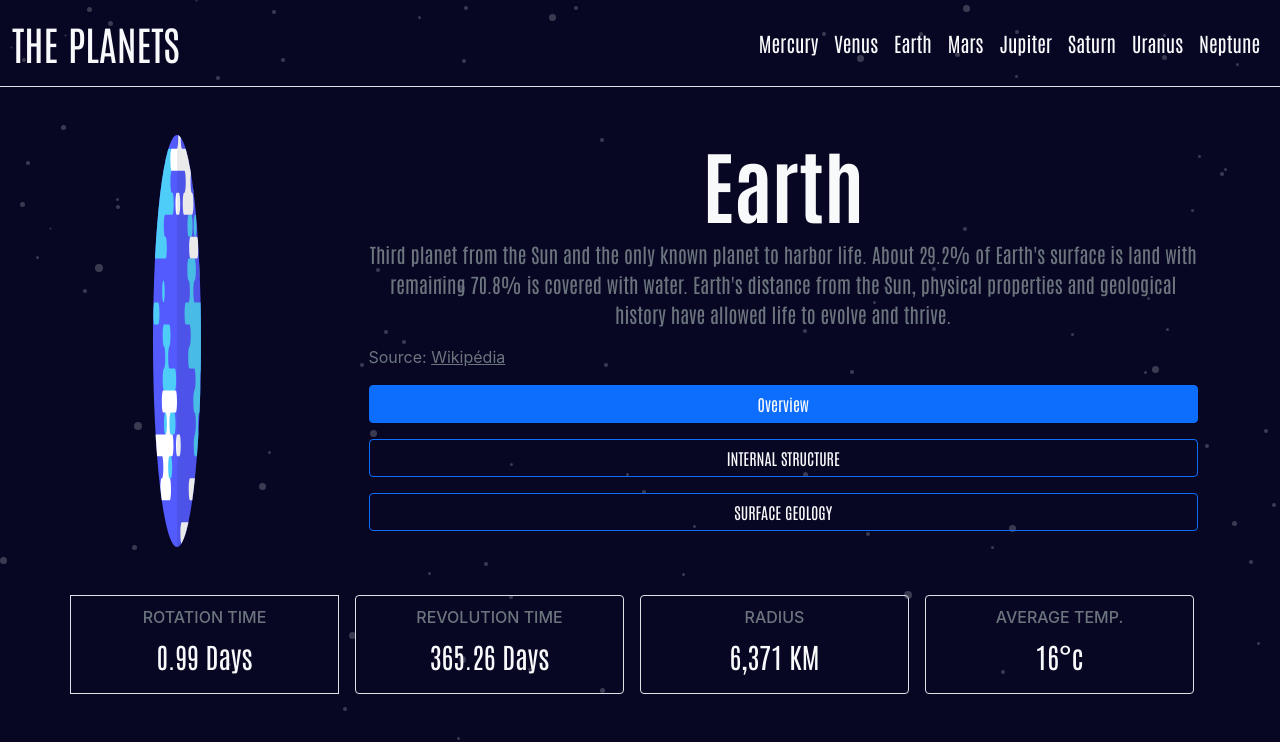
Repository: andre06x/the-planets
Page: /
An editor plug-in stored every save of this project. The page is shown before and after the next save, followed by the edit.
The browser window is 1280 px wide. The pictures show the whole page.
The project was rebuilt for these pictures with package versions that can differ from the ones it lists, and the page was loaded fresh each time.

Above is the page before, as saved 2021-10-19 17:36:20.

### public/index.html
<!DOCTYPE html>
<html lang="en">

<head>
  <meta charset="utf-8" />
  <link rel="icon" href="%PUBLIC_URL%/favicon.ico" />
  <meta name="viewport" content="width=device-width, initial-scale=1" />
  <meta name="theme-color" content="#000000" />
  <link rel="preconnect" href="https://fonts.googleapis.com">
  <link rel="preconnect" href="https://fonts.gstatic.com" crossorigin>
  <link href="https://fonts.googleapis.com/css2?family=Antonio:wght@400;500;600;700&display=swap" rel="stylesheet">
  <meta name="description" content="Web site created using create-react-app" />
  <link rel="apple-touch-icon" href="%PUBLIC_URL%/logo192.png" />
  <link rel="manifest" href="%PUBLIC_URL%/manifest.json" />
  <link rel="stylesheet" href="%PUBLIC_URL%/bootstrap-5.1.3-dist/css/bootstrap.min.css">
  <title>React App</title>
</head>

<body>
  <noscript>You need to enable JavaScript to run this app.</noscript>
  <div id="root"></div>
  <script src="./bootstrap-5.1.3-dist/js/bootstrap.min.js"></script>
</body>

</html>

### src/index.js
import React from 'react';
import ReactDOM from 'react-dom';
import App from './App';
import reportWebVitals from './reportWebVitals';
import Global from './styles/global';

ReactDOM.render(
  <React.StrictMode>
    <Global />
    <App />
  </React.StrictMode>,
  document.getElementById('root')
);

// If you want to start measuring performance in your app, pass a function
// to log results (for example: reportWebVitals(console.log))
// or send to an analytics endpoint. Learn more: https://bit.ly/CRA-vitals
reportWebVitals();

### src/App.js
// import './App.css';
import Header from './components/Header';
import Container from './components/Container';

function App() {
  console.log(window.innerWidth);
  return (
    <div className="App">
      <Header />
      <Container />
    </div>
  );
}

export default App;

### src/styles/global.js
import { createGlobalStyle } from 'styled-components';
import img from '../background-stars.svg';

export default createGlobalStyle`
  body {
    background-image: url(${img});
    background-color: #070724;
    background-repeat: repeat;
  margin: 0;
  font-family: -apple-system, BlinkMacSystemFont, 'Segoe UI', 'Roboto', 'Oxygen',
    'Ubuntu', 'Cantarell', 'Fira Sans', 'Droid Sans', 'Helvetica Neue',
    sans-serif;
  -webkit-font-smoothing: antialiased;
  -moz-osx-font-smoothing: grayscale;
}

code {
  font-family: source-code-pro, Menlo, Monaco, Consolas, 'Courier New',
    monospace;
}
`;

### src/components/Header.js
import React, { useEffect } from 'react';
import data from '../data.json';
import { usePlanet } from '../zustand';

const Header = () => {
  const planetSetar = usePlanet(state => state.nomePlanet);
  const planet = usePlanet(state => state.planet);

  useEffect(() => {
    console.log(planet)
  }, [planet])

  return (
    <nav class="navbar navbar-expand-lg navbar-dark bg-transparent border-bottom border-muted ">
      <div class="container-fluid d-flex justify-content-between">
        <a class="navbar-brand fs-1 text-light font-antonio" href="#a">THE PLANETS</a>
        <button class="navbar-toggler text-light" type="button" data-bs-toggle="collapse" data-bs-target="#navbarSupportedContent" aria-controls="navbarSupportedContent" aria-expanded="false" aria-label="Toggle navigation">
          <span class="navbar-toggler-icon text-light"></span>
        </button>
        <div class="collapse navbar-collapse justify-content-end" id="navbarSupportedContent">
          <div>
            <ul class="navbar-nav me-auto mb-2 mb-lg-0">
              {
                data.map(d => (
                  <li class="nav-item">
                    <a
                      class="nav-link active text-light fs-5 font-antonio"
                      aria-current="page"
                      href={window.innerWidth < 750 ? '#text' : '#a'}
                      onClick={() => planetSetar(d.name)}
                    >
                      {d.name}
                    </a>
                  </li>
                ))
              }
            </ul>
          </div>
        </div>
      </div>
    </nav>
  )
}



export default Header

### src/components/Container.js
import React, { useEffect, useState } from 'react';
// import earth from '../assets/planet-earth.svg';
import data from '../data.json';
import { usePlanet } from '../zustand';

const Container = () => {
  const [selectBox, setSelectBox] = useState(1);
  const planet = usePlanet(state => state.planet);
  // const [planet, setPlanet] = useState('Earth');
  const [text, setText] = useState(data.filter(d => d.name === planet)[0].overview);
  const [imagee, setImagee] = useState('assets/planet-earth.svg');
  const [imageGeology, setImageGeology] = useState('');
  const [dataPlanet, setDataPlanet] = useState(['']);



  const op = [
    { id: 1, titulo: 'Overview' },
    { id: 2, titulo: 'INTERNAL STRUCTURE' },
    { id: 3, titulo: 'SURFACE GEOLOGY' },
  ]

  function buttonChange(o) {
    setSelectBox(o.id);

    if (o.id === 1) {
      setText(data.filter(d => d.name === planet)[0].overview);
      setImagee(data.filter(d => d.name === planet)[0].images.planet);
      setImageGeology('');
    }

    if (o.id === 2) {
      setText(data.filter(d => d.name === planet)[0].structure);
      setImagee(data.filter(d => d.name === planet)[0].images.internal);
      setImageGeology('');

    }

    if (o.id === 3) {
      setText(data.filter(d => d.name === planet)[0].geology);
      setImagee(data.filter(d => d.name === planet)[0].images.planet);
      setImageGeology(data.filter(d => d.name === planet)[0].images.geology);
    }

  }

  useEffect(() => {
    setDataPlanet(data.filter(d => d.name === planet)[0]);
    setImagee(data.filter(d => d.name === planet)[0].images.planet);
    setText(data.filter(d => d.name === planet)[0].overview);
    setSelectBox(1);
    setImageGeology('');


  }, [planet]);
  return (
    <div className="container mt-md-5">
      <div className="d-flex flex-column">
        <div className="d-flex flex-md-row flex-column-reverse justify-content-between">
          <div className="me-md-5 d-flex justify-content-center position-relative">
            <img src={imagee} className="w-25" alt="" />
            <img src={imageGeology} alt="" className="position-absolute w-25 top-50 start-50 translate-middle"/>
          </div>
          <div className="ms-md-5 d-flex flex-md-column flex-column-reverse">
            <h1 className="display-1 text-light font-antonio fw-bold text-center">
              {planet}
            </h1>
            <p className="lead text-muted font-antonio text-center" id="text">
              {text.content}
            </p>
            <span className="text-secondary">
              Source: <a href="#a" className="text-secondary"> Wikipédia</a>
            </span>

            <div className="d-flex flex-md-column mt-md-3 font-antonio fw-bold">
              {op.map(o => (
                <button
                  className={`btn text-light btn-outline-primary mb-3 col-4 col-md-12 ${selectBox === o.id ? ' btn-primary' : ''}`}
                  onClick={() => buttonChange(o)}
                >
                  {o.titulo}
                </button>
              ))}
            </div>
          </div>
        </div>
      </div>
      <div className="row mt-5 mb-5 flex-md-row flex-column">
        <div class="col me-3 bg-transparent border">
          <div class="card-body d-flex flex-md-column justify-content-between align-items-center">
            <h6 class="card-subtitle mb-md-2 text-muted">
              ROTATION TIME
            </h6>
            <p class="card-text text-light font-antonio fs-md-1 fs-3">
              {dataPlanet.rotation}
            </p>
          </div>
        </div>
        <div class="card col me-3 bg-transparent border">
          <div class="card-body d-flex flex-md-column justify-content-between align-items-center">
            <h6 class="card-subtitle mb-md-2 text-muted">
              REVOLUTION TIME
            </h6>
            <p class="card-text text-light font-antonio fs-md-1 fs-3">
              {dataPlanet.revolution}
            </p>
          </div>
        </div>
        <div class="card col me-3 bg-transparent border">
          <div class="card-body d-flex flex-md-column justify-content-between align-items-center">
            <h6 class="card-subtitle mb-md-2 text-muted">
              RADIUS
            </h6>
            <p class="card-text text-light font-antonio fs-md-1 fs-3">
              {dataPlanet.radius}
            </p>
          </div>
        </div>
        <div class="card col me-3 bg-transparent border">
          <div class="card-body d-flex flex-md-column justify-content-between align-items-center">
            <h6 class="card-subtitle mb-md-2 text-muted">
              AVERAGE TEMP.
            </h6>
            <p class="card-text text-light font-antonio fs-md-1 fs-3">
              {dataPlanet.temperature}
            </p>
          </div>
        </div>
      </div>
    </div>
  )
}

export default Container;

### src/data.json
[
  {
    "name": "Mercury",
    "overview": {
      "content": "Mercury is the smallest planet in the Solar System and the closest to the Sun. Its orbit around the Sun takes 87.97 Earth days, the shortest of all the Sun's planets. Mercury is one of four terrestrial planets in the Solar System, and is a rocky body like Earth.",
      "source": "https://en.wikipedia.org/wiki/Mercury_(planet)"
    },
    "structure": {
      "content": "Mercury appears to have a solid silicate crust and mantle overlying a solid, iron sulfide outer core layer, a deeper liquid core layer, and a solid inner core. The planet's density is the second highest in the Solar System at 5.427 g/cm3 , only slightly less than Earth's density.",
      "source": "https://en.wikipedia.org/wiki/Mercury_(planet)#Internal_structure"
    },
    "geology": {
      "content": "Mercury's surface is similar in appearance to that of the Moon, showing extensive mare-like plains and heavy cratering, indicating that it has been geologically inactive for billions of years. It is more heterogeneous than either Mars's or the Moon’s.",
      "source": "https://en.wikipedia.org/wiki/Mercury_(planet)#Surface_geology"
    },
    "rotation": "58.6 Days",
    "revolution": "87.97 Days",
    "radius": "2,439.7 KM",
    "temperature": "430°c",
    "images": {
      "planet": "assets/planet-mercury.svg",
      "internal": "assets/planet-mercury-internal.svg",
      "geology": "assets/geology-mercury.png"
    }
  },
  {
    "name": "Venus",
    "overview": {
      "content": "Venus is the second planet from the Sun. It is named after the Roman goddess of love and beauty. As the brightest natural object in Earth's night sky after the Moon, Venus can cast shadows and can be, on rare occasions, visible to the naked eye in broad daylight.",
      "source": "https://en.wikipedia.org/wiki/Venus"
    },
    "structure": {
      "content": "The similarity in size and density between Venus and Earth suggests they share a similar internal structure: a core, mantle, and crust. Like that of Earth, Venusian core is most likely at least partially liquid because the two planets have been cooling at about the same rate.",
      "source": "https://en.wikipedia.org/wiki/Venus#Internal_structure"
    },
    "geology": {
      "content": "Much of the Venusian surface appears to have been shaped by volcanic activity. Venus has several times as many volcanoes as Earth, and it has 167 large volcanoes that are over 100 km (60 mi) across. The only volcanic complex of this size on Earth is the Big Island of Hawaii.",
      "source": "https://en.wikipedia.org/wiki/Venus#Surface_geology"
    },
    "rotation": "243 Days",
    "revolution": "224.7 Days",
    "radius": "6,051.8 KM",
    "temperature": "471°c",
    "images": {
      "planet": "assets/planet-venus.svg",
      "internal": "assets/planet-venus-internal.svg",
      "geology": "assets/geology-venus.png"
    }
  },
  {
    "name": "Earth",
    "overview": {
      "content": "Third planet from the Sun and the only known planet to harbor life. About 29.2% of Earth's surface is land with remaining 70.8% is covered with water. Earth's distance from the Sun, physical properties and geological history have allowed life to evolve and thrive.",
      "source": "https://en.wikipedia.org/wiki/Earth"
    },
    "structure": {
      "content": "Earth's interior, like that of the other terrestrial planets, is divided into layers by their chemical or physical (rheological) properties. The outer layer is a chemically distinct silicate solid crust, which is underlain by a highly viscous solid mantle.",
      "source": "https://en.wikipedia.org/wiki/Earth#Internal_structure"
    },
    "geology": {
      "content": "The total surface area of Earth is about 510 million km2. The continental crust consists of lower density material such as the igneous rocks granite and andesite. Less common is basalt, a denser volcanic rock that is the primary constituent of the ocean floors.",
      "source": "https://en.wikipedia.org/wiki/Earth#Surface"
    },
    "rotation": "0.99 Days",
    "revolution": "365.26 Days",
    "radius": "6,371 KM",
    "temperature": "16°c",
    "images": {
      "planet": "assets/planet-earth.svg",
      "internal": "assets/planet-earth-internal.svg",
      "geology": "assets/geology-earth.png"
    }
  },
  {
    "name": "Mars",
    "overview": {
      "content": "Mars is the fourth planet from the Sun and the second-smallest planet in the Solar System, being larger than only Mercury. In English, Mars carries the name of the Roman god of war and is often referred to as the \"Red Planet\".",
      "source": "https://en.wikipedia.org/wiki/Mars"
    },
    "structure": {
      "content": "Like Earth, Mars has differentiated into a dense metallic core overlaid by less dense materials. Scientists initially determined that the core is at least partially liquid. Current models of its interior imply a core consisting primarily of iron and nickel with about 16–17% sulfur.",
      "source": "https://en.wikipedia.org/wiki/Mars#Internal_structure"
    },
    "geology": {
      "content": "Mars is a terrestrial planet whose surface consists of minerals containing silicon and oxygen, metals, and other elements that typically make up rock. The surface is primarily composed of tholeiitic basalt, although parts are more silica-rich than typical basalt.",
      "source": "https://en.wikipedia.org/wiki/Mars#Surface_geology"
    },
    "rotation": "1.03 Days",
    "revolution": "1.88 Years",
    "radius": "3,389.5 KM",
    "temperature": "-28°c",
    "images": {
      "planet": "assets/planet-mars.svg",
      "internal": "assets/planet-mars-internal.svg",
      "geology": "assets/geology-mars.png"
    }
  },
  {
    "name": "Jupiter",
    "overview": {
      "content": "Jupiter is the fifth planet from the Sun and the largest in the Solar System. It is a gas giant with a mass two and a half times that of all the other planets in the Solar System combined, but less than one-thousandth the mass of the Sun.",
      "source": "https://en.wikipedia.org/wiki/Jupiter"
    },
    "structure": {
      "content": "When the Juno arrived in 2016, it found that Jupiter has a very diffuse core that mixes into its mantle. A possible cause is an impact from a planet of about ten Earth masses a few million years after Jupiter's formation, which would have disrupted an originally solid Jovian core.",
      "source": "https://en.wikipedia.org/wiki/Jupiter#Internal_structure"
    },
    "geology": {
      "content": "The best known feature of Jupiter is the Great Red Spot, a persistent anticyclonic storm located 22° south of the equator. It is known to have existed since at least 1831, and possibly since 1665.",
      "source": "https://en.wikipedia.org/wiki/Jupiter#Great_Red_Spot_and_other_vortices"
    },
    "rotation": "9.93 Hours",
    "revolution": "11.86 Years",
    "radius": "69,911 KM",
    "temperature": "-108°c",
    "images": {
      "planet": "assets/planet-jupiter.svg",
      "internal": "assets/planet-jupiter-internal.svg",
      "geology": "assets/geology-jupiter.png"
    }
  },
  {
    "name": "Saturn",
    "overview": {
      "content": "Saturn is the sixth planet from the Sun and the second-largest in the Solar System, after Jupiter. It is a gas giant with an average radius of about nine and a half times that of Earth. It only has one-eighth the average density of Earth.",
      "source": "https://en.wikipedia.org/wiki/Saturn"
    },
    "structure": {
      "content": "Despite consisting mostly of hydrogen and helium, most of Saturn's mass is not in the gas phase, because hydrogen becomes a non-ideal liquid when the density is above 0.01 g/cm3, which is reached at a radius containing 99.9% of Saturn's mass.",
      "source": "https://en.wikipedia.org/wiki/Saturn#Internal_structure"
    },
    "geology": {
      "content": "The outer atmosphere of Saturn contains 96.3% molecular hydrogen and 3.25% helium by volume. The planet's most famous feature is its prominent ring system, which is composed mostly of ice particles with a smaller amount of rocky debris and dust.",
      "source": "https://en.wikipedia.org/wiki/Saturn#Atmosphere"
    },
    "rotation": "10.8 Hours",
    "revolution": "29.46 Years",
    "radius": "58,232 KM",
    "temperature": "-138°c",
    "images": {
      "planet": "assets/planet-saturn.svg",
      "internal": "assets/planet-saturn-internal.svg",
      "geology": "assets/geology-saturn.png"
    }
  },
  {
    "name": "Uranus",
    "overview": {
      "content": "Uranus is the seventh planet from the Sun. Its name is a reference to the Greek god of the sky, Uranus according to Greek mythology, was the great-grandfather of Ares. It has the third-largest planetary radius and fourth-largest planetary mass in the Solar System.",
      "source": "https://en.wikipedia.org/wiki/Uranus"
    },
    "structure": {
      "content": "The standard model of Uranus's structure is that it consists of three layers: a rocky (silicate/iron–nickel) core in the centre, an icy mantle in the middle and an outer gaseous hydrogen/helium envelope. The core is relatively small, with a mass of only 0.55 Earth masses.",
      "source": "https://en.wikipedia.org/wiki/Uranus#Internal_structure"
    },
    "geology": {
      "content": "The composition of Uranus's atmosphere is different from its bulk, consisting mainly of molecular hydrogen and helium. The helium molar fraction, i.e. the number of helium atoms per molecule of gas, is 0.15±0.03 in the upper troposphere.",
      "source": "https://en.wikipedia.org/wiki/Uranus#Atmosphere"
    },
    "rotation": "17.2 Hours",
    "revolution": "84 Years",
    "radius": "25,362 KM",
    "temperature": "-195°c",
    "images": {
      "planet": "assets/planet-uranus.svg",
      "internal": "assets/planet-uranus-internal.svg",
      "geology": "assets/geology-uranus.png"
    }
  },
  {
    "name": "Neptune",
    "overview": {
      "content": "Neptune is the eighth and farthest-known Solar planet from the Sun. In the Solar System, it is the fourth-largest planet by diameter, the third-most-massive planet, and the densest giant planet. It is 17 times the mass of Earth, more massive than its near-twin Uranus.",
      "source": "https://en.wikipedia.org/wiki/Neptune"
    },
    "structure": {
      "content": "Neptune's internal structure resembles that of Uranus. Its atmosphere forms about 5% to 10% of its mass and extends perhaps 10% to 20% of the way towards the core. Increasing concentrations of methane, ammonia and water are found in the lower regions.",
      "source": "https://en.wikipedia.org/wiki/Neptune#Internal_structure"
    },
    "geology": {
      "content": "Neptune's atmosphere is 80% hydrogen and 19% helium. A trace amount of methane is also present. Prominent absorption bands of methane exist at wavelengths above 600 nm, in the red and infrared portion of the spectrum.",
      "source": "https://en.wikipedia.org/wiki/Neptune#Atmosphere"
    },
    "rotation": "16.08 Hours",
    "revolution": "164.79 Years",
    "radius": "24,622 KM",
    "temperature": "-201°c",
    "images": {
      "planet": "assets/planet-neptune.svg",
      "internal": "assets/planet-neptune-internal.svg",
      "geology": "assets/geology-neptune.png"
    }
  }
]

### src/zustand/index.js
import create from 'zustand';

const usePlanet = create(set => ({
  planet: 'Earth',
  nomePlanet: (namePlanet) => set(state => ({ planet: namePlanet}))
}))

export { usePlanet }

Loaded but not shown: src/reportWebVitals.js (common file); public/bootstrap-5.1.3-dist/css/bootstrap.min.css (library); public/bootstrap-5.1.3-dist/js/bootstrap.min.js (library)

After the next save:
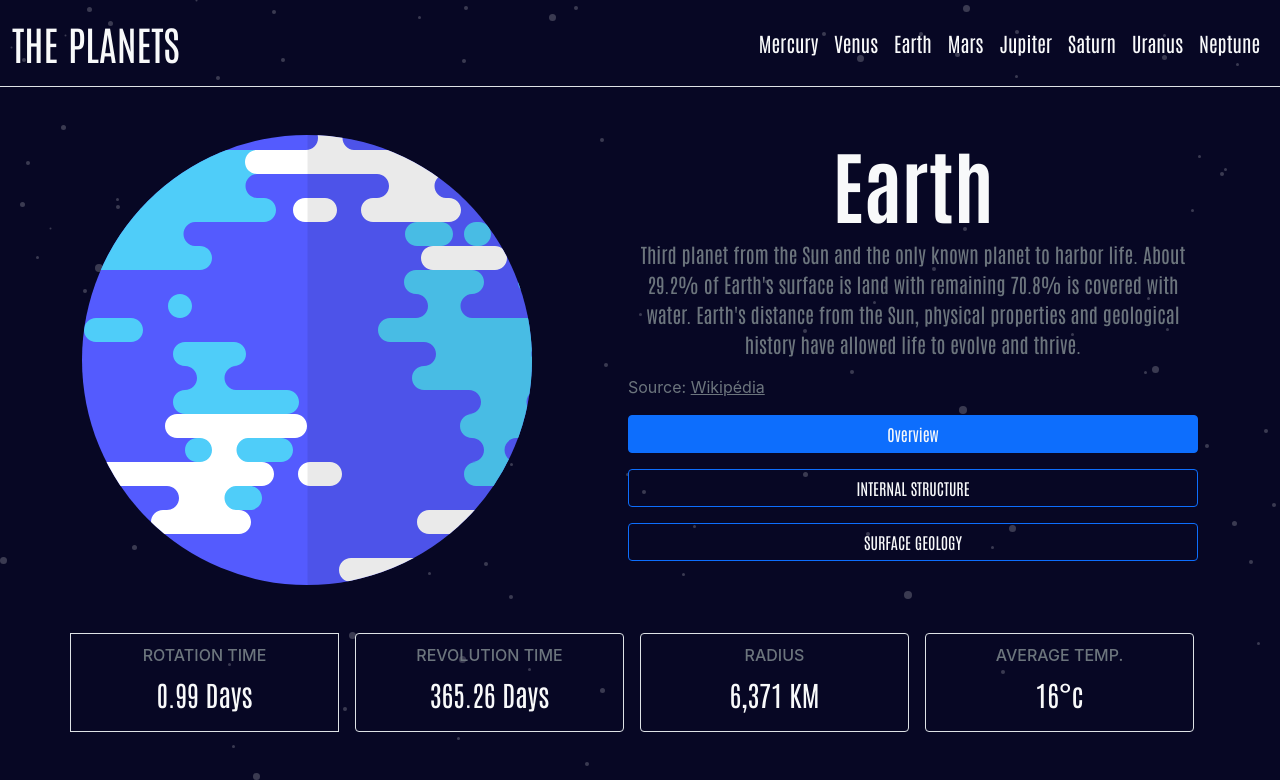
Saved 4 s later.
--- a/src/components/Container.js
+++ b/src/components/Container.js
@@ -58,7 +58,7 @@ const Container = () => {
       <div className="d-flex flex-column">
         <div className="d-flex flex-md-row flex-column-reverse justify-content-between">
           <div className="me-md-5 d-flex justify-content-center position-relative">
-            <img src={imagee} className="w-25" alt="" />
+            <img src={imagee} className="" alt="" />
             <img src={imageGeology} alt="" className="position-absolute w-25 top-50 start-50 translate-middle"/>
           </div>
           <div className="ms-md-5 d-flex flex-md-column flex-column-reverse">
